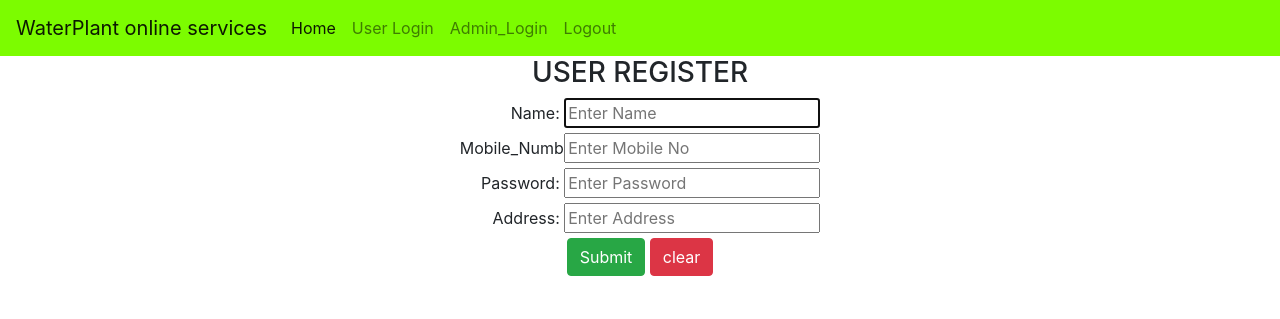
Repository: SHARMILAG97/WebApplication
Page: http://localhost/waterplant_web/userregister.jsp
These files come from the project's save history. The page is drawn as it stood at one moment and after the next save; the edit follows.
The browser window is 1280 px wide. The pictures show the whole page.
The page is served by Tomcat 9. Other server files are loaded and not shown.

Above is the page before, as saved 2019-09-18 09:17:48.
Console error: TypeError: Cannot read properties of undefined (reading 'fn')

### waterplant_web/src/main/webapp/userregister.jsp
<%@ page language="java" contentType="text/html; charset=ISO-8859-1"
    pageEncoding="ISO-8859-1"%>
<!DOCTYPE html>
<html>
<head>
<meta charset="ISO-8859-1">
<title>UserRegister</title>
<link rel="stylesheet" href="css/bootstrap.min.css">
<script src="js/bootstrap.min.js"></script>
<script src="js/jquery-3.4.1.min.js"></script>


<style type="text/css">
   label{
  width: 100px;
  display: inline-block;
  text-align: right;
   }
</style>



</head>


<body style="text-align:center">

<jsp:include page="headers.jsp"></jsp:include>
<%
String message = request.getParameter("message");
if (message != null){
	out.println("<font color='red'>" + message + "</font>");
}
%>

<script>

function register() {
    //alert('register');
    event.preventDefault();
    var name = document.getElementById("name").value;
    var mobileno = document.getElementById("mobileno").value;
    var password = document.getElementById("password").value;
    var address = document.getElementById("address").value;
    var formData = "name="+name+ "&mobileno=" + mobileno + "&password=" + password+ "&address="+address;
    console.log(formData);

    var url = "http://localhost:8080/waterplant_web/RegisterServlet?" + formData;
    console.log(url);
    var formData = {};
    $.get(url, function(response) {
        console.log(response);
        alert(response);
        var msg=JSON.parse(response);
       // alert(msg.errorMessage);
        if (msg.errorMessage!=null) {
            alert("Invalid Values");
            window.location.href = "userregister.jsp";
        } else {
            alert("successful Register");
            window.location.href = "userlogin.jsp";
        }
    });
}


</script>
<h3>USER REGISTER</h3>

<form onsubmit="register()">
<label>Name:</label>
<input type="text" name="name" id="name" placeholder="Enter Name" required autofocus/>
<br/>

<label>Mobile_Number:</label>
<input type="number" name="mobileno" id="mobileno" placeholder="Enter Mobile No" required />
<br/>

<label>Password:</label>
<!--<input type="password" name="password" id="password" placeholder="Enter Password" required />  -->
<input type="password" name="password" id="password" placeholder="Enter Password" required
 pattern="(?=.*\d)(?=.*[a-z])(?=.*[A-Z]).{8,}"
 title="Must contain at least one number and one uppercase and lowercase letter, and at least 8 or more characters required "/>
<br/>
<label>Address:</label>
<input type="text" name="address" id="address" placeholder="Enter Address" required />
<br/>
<input type="submit" value="Submit" class="btn btn-success">
<button type="reset" class="btn btn-danger" value="clear">clear</button>
</form>

</body>
</html>

### waterplant_web/src/main/webapp/headers.jsp

<nav class="navbar navbar-expand-md navbar-light" style="background-color: #7CFC00;">
 <a class="navbar-brand" href="index.jsp">WaterPlant online services</a>
 <button class="navbar-toggler" type="button" data-toggle="collapse" data-target="#navbarCollapse" aria-controls="navbarCollapse" aria-expanded="false" aria-label="Toggle navigation">
   <span class="navbar-toggler-icon"></span>
 </button>
 <div class="collapse navbar-collapse" id="navbarCollapse">
   <ul class="navbar-nav mr-auto">
     <li class="nav-item active">
       <a class="nav-link" href="index.jsp">Home</a>
     </li>

     <li class="nav-item">
       <a class="nav-link " href="userlogin.jsp">User Login</a>
     </li>
     <li class="nav-item">
       <a class="nav-link " href="adminlogin.jsp">Admin_Login</a>
     </li>
      <li class="nav-item">
       <a class="nav-link " href="index.jsp">Logout</a>
     </li>

   </ul>
 <!--   <form class="form-inline mt-2 mt-md-0">
   <input class="form-control mr-sm-2" type="text" placeholder="Search" aria-label="Search">
     <button class="btn btn-outline-success my-2 my-sm-0" type="submit">Search</button>
   </form>-->
 </div>
</nav>

Loaded but not shown: waterplant_web/src/main/webapp/css/bootstrap.min.css (library); waterplant_web/src/main/webapp/js/bootstrap.min.js (library); waterplant_web/src/main/webapp/js/jquery-3.4.1.min.js (library)

After the next save:
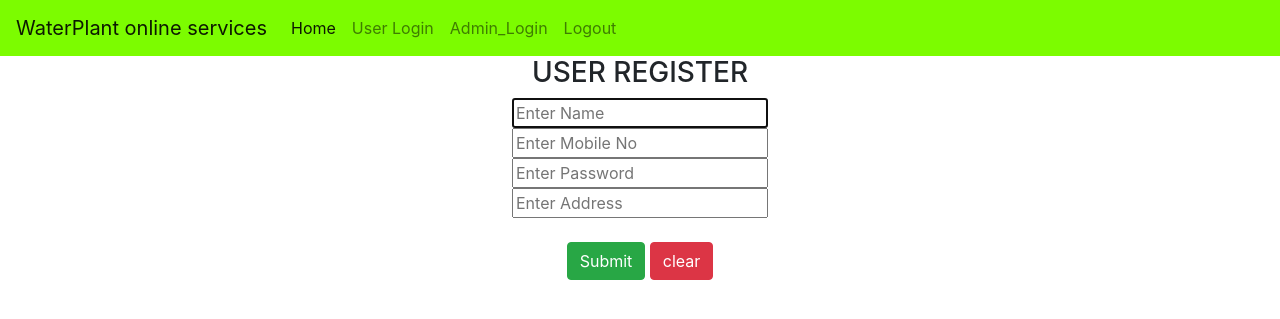
Saved 71 s later.
--- a/waterplant_web/src/main/webapp/userregister.jsp
+++ b/waterplant_web/src/main/webapp/userregister.jsp
@@ -68,23 +68,23 @@ function register() {
 <h3>USER REGISTER</h3>
 
 <form onsubmit="register()">
-<label>Name:</label>
+
 <input type="text" name="name" id="name" placeholder="Enter Name" required autofocus/>
 <br/>
 
-<label>Mobile_Number:</label>
+
 <input type="number" name="mobileno" id="mobileno" placeholder="Enter Mobile No" required />
 <br/>
 
-<label>Password:</label>
+
 <!--<input type="password" name="password" id="password" placeholder="Enter Password" required />  -->
 <input type="password" name="password" id="password" placeholder="Enter Password" required
  pattern="(?=.*\d)(?=.*[a-z])(?=.*[A-Z]).{8,}"
  title="Must contain at least one number and one uppercase and lowercase letter, and at least 8 or more characters required "/>
 <br/>
-<label>Address:</label>
+
 <input type="text" name="address" id="address" placeholder="Enter Address" required />
-<br/>
+<br/></br>
 <input type="submit" value="Submit" class="btn btn-success">
 <button type="reset" class="btn btn-danger" value="clear">clear</button>
 </form>
